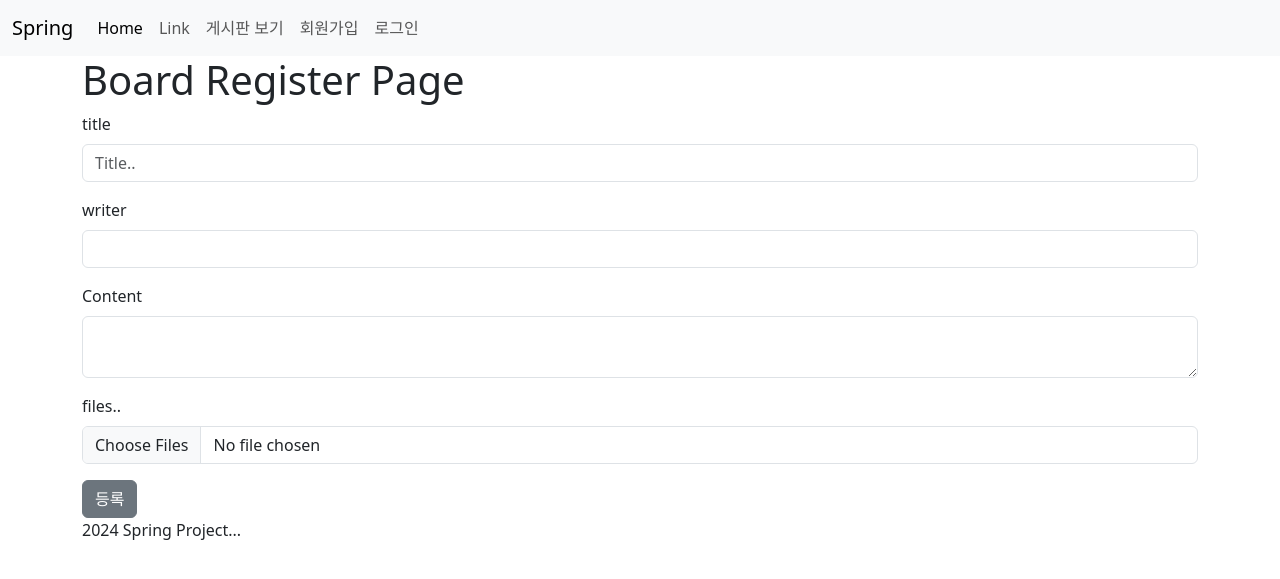
Repository: gajami-kim/240430_Spring_Study
Page: http://localhost/spring_study/WEB-INF/views/board/register.jsp
An editor plug-in stored every save of this project. The page is shown before and after the next save, followed by the edit.
The browser window is 1280 px wide. The pictures show the whole page.
The page is served by Tomcat 9. Nobody is signed in. The template is opened directly, without the code that normally fills it, so the values that code supplies are empty.

Above is the page before, as saved 2024-04-29 01:19:11.

### spring_study/src/main/webapp/WEB-INF/views/board/register.jsp
<%@ page language="java" contentType="text/html; charset=UTF-8"
    pageEncoding="UTF-8"%>

<jsp:include page="../layout/header.jsp" />

<div class="container-sm">
<h1>Board Register Page</h1>
	<form action="/board/insert" method="post" enctype="application/x-www-form-urlencoded">
		<div class="mb-3">
		  <label for="t" class="form-label">title</label>
		  <input type="text" class="form-control" name="title" id="t" placeholder="Title..">
		</div>
		<div class="mb-3">
		  <label for="w" class="form-label">writer</label>
		  <input type="text" class="form-control" name="writer" id="w" value="${ses.id }" readonly="readonly">
		</div>
		<div class="mb-3">
		  <label for="c" class="form-label">Content</label>
		  <textarea class="form-control" name="content" id="c" aria-label="With textarea"></textarea>
		</div>

		<!-- 파일 입력 라인 추가 -->
		<div class="mb-3">
		  <label for="file" class="form-label">files..</label>
		  <input type="file" class="form-control" name="files" id="file" multiple="multiple">
		</div>
		<button type="submit" class="btn btn-secondary">등록</button>
	</form>
</div>

<jsp:include page="../layout/footer.jsp" />

### spring_study/src/main/webapp/WEB-INF/views/layout/header.jsp
<%@ page language="java" contentType="text/html; charset=UTF-8"
    pageEncoding="UTF-8"%>
    <%@ taglib uri="http://java.sun.com/jsp/jstl/core" prefix="c"%>
<!DOCTYPE html>
<html>
<head>
<meta charset="UTF-8">
<title>header.jsp</title>
</head>
<link href="https://cdn.jsdelivr.net/npm/bootstrap@5.3.3/dist/css/bootstrap.min.css" rel="stylesheet" integrity="sha384-QWTKZyjpPEjISv5WaRU9OFeRpok6YctnYmDr5pNlyT2bRjXh0JMhjY6hW+ALEwIH" crossorigin="anonymous">
<script src="https://cdn.jsdelivr.net/npm/bootstrap@5.3.3/dist/js/bootstrap.bundle.min.js" integrity="sha384-YvpcrYf0tY3lHB60NNkmXc5s9fDVZLESaAA55NDzOxhy9GkcIdslK1eN7N6jIeHz" crossorigin="anonymous"></script>
<body>
<nav class="navbar navbar-expand-lg bg-body-tertiary">
  <div class="container-fluid">
  	<!-- href로 '/'만 달면 HomeController에 의해 index로 이동 -->
    <a class="navbar-brand" href="/">Spring</a>
    <button class="navbar-toggler" type="button" data-bs-toggle="collapse" data-bs-target="#navbarSupportedContent" aria-controls="navbarSupportedContent" aria-expanded="false" aria-label="Toggle navigation">
      <span class="navbar-toggler-icon"></span>
    </button>
    <div class="collapse navbar-collapse" id="navbarSupportedContent">
      <ul class="navbar-nav me-auto mb-2 mb-lg-0">
        <li class="nav-item">
          <a class="nav-link active" aria-current="page" href="/">Home</a>
        </li>
        <li class="nav-item">
          <a class="nav-link" href="/">Link</a>
        </li>
        <c:if test="${ses.id ne null }">
        <li class="nav-item">
          <a class="nav-link" href="/board/register">게시판 글쓰기</a>
        </li>
        </c:if>
        <li class="nav-item">
          <a class="nav-link" href="/board/list">게시판 보기</a>
        </li>
        <c:if test="${ses.id eq null }">
        <li class="nav-item">
          <a class="nav-link" href="/member/register">회원가입</a>
        </li>
        <li class="nav-item">
          <a class="nav-link" href="/member/login">로그인</a>
        </li>
        </c:if>
        <c:if test="${ses.id ne null }">
        <li class="nav-item">
          <a class="nav-link" href="/member/logout">로그아웃</a>
        </li>
        <li class="nav-item">
          <a class="nav-link" href="/member/modify">${ses.id }(${ses.email }) Welcome!!</a>
        </li>
        </c:if>
      </ul>
    </div>
  </div>
</nav>

### spring_study/src/main/webapp/WEB-INF/views/layout/footer.jsp
<%@ page language="java" contentType="text/html; charset=UTF-8"
    pageEncoding="UTF-8"%>

<div class="container-sm">
	2024 Spring Project...
</div>

</body>
</html>

After the next save:
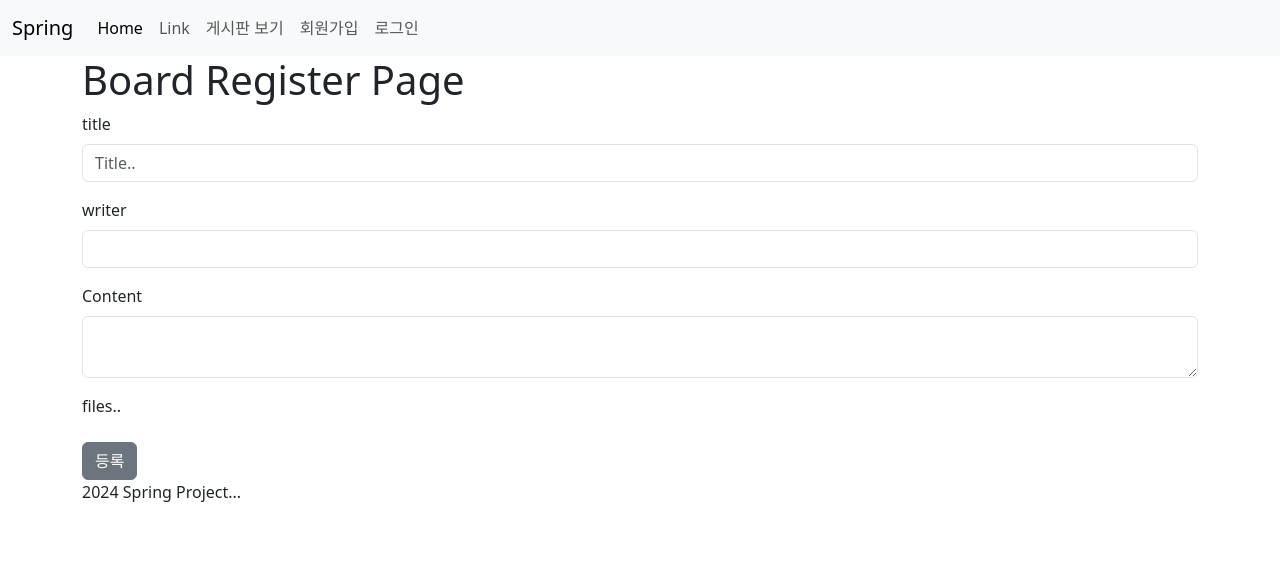
Saved 15 min 58 s later.
--- a/spring_study/src/main/webapp/WEB-INF/views/board/register.jsp
+++ b/spring_study/src/main/webapp/WEB-INF/views/board/register.jsp
@@ -22,7 +22,7 @@
 		<!-- 파일 입력 라인 추가 -->
 		<div class="mb-3">
 		  <label for="file" class="form-label">files..</label>
-		  <input type="file" class="form-control" name="files" id="file" multiple="multiple">
+		  <input type="file" class="form-control" name="files" id="file" multiple="multiple" style="display: none">
 		</div>
 		<button type="submit" class="btn btn-secondary">등록</button>
 	</form>
